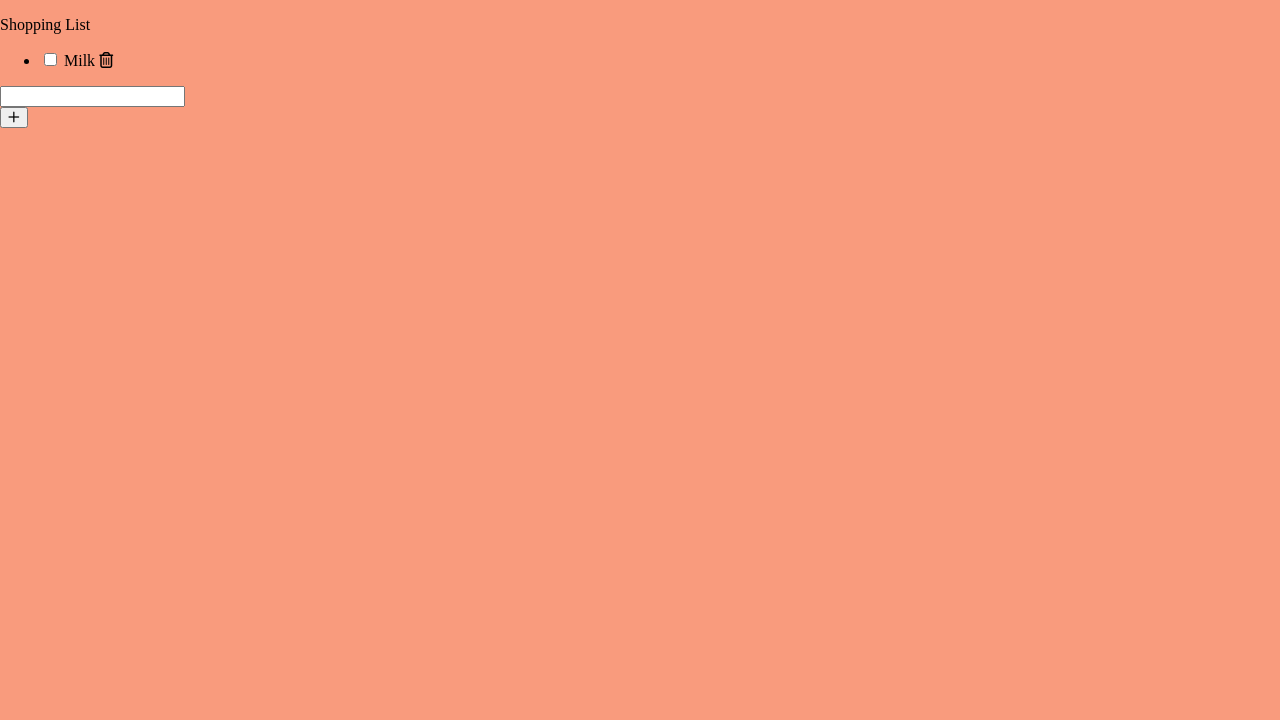
Repository: sephinejo/shopping-list-app
Page: index.html
The author's editor kept a copy of each file at every save. The page is drawn from the files as they stood at one save, then again after the next save.
The browser window is 1280 px wide. The pictures show the whole page.
Some web fonts or font styles are not loaded; a fallback is used. Some web libraries are served in a nearby version.

Above is the page before, as saved 2023-05-11 18:14:23.

After the next save:
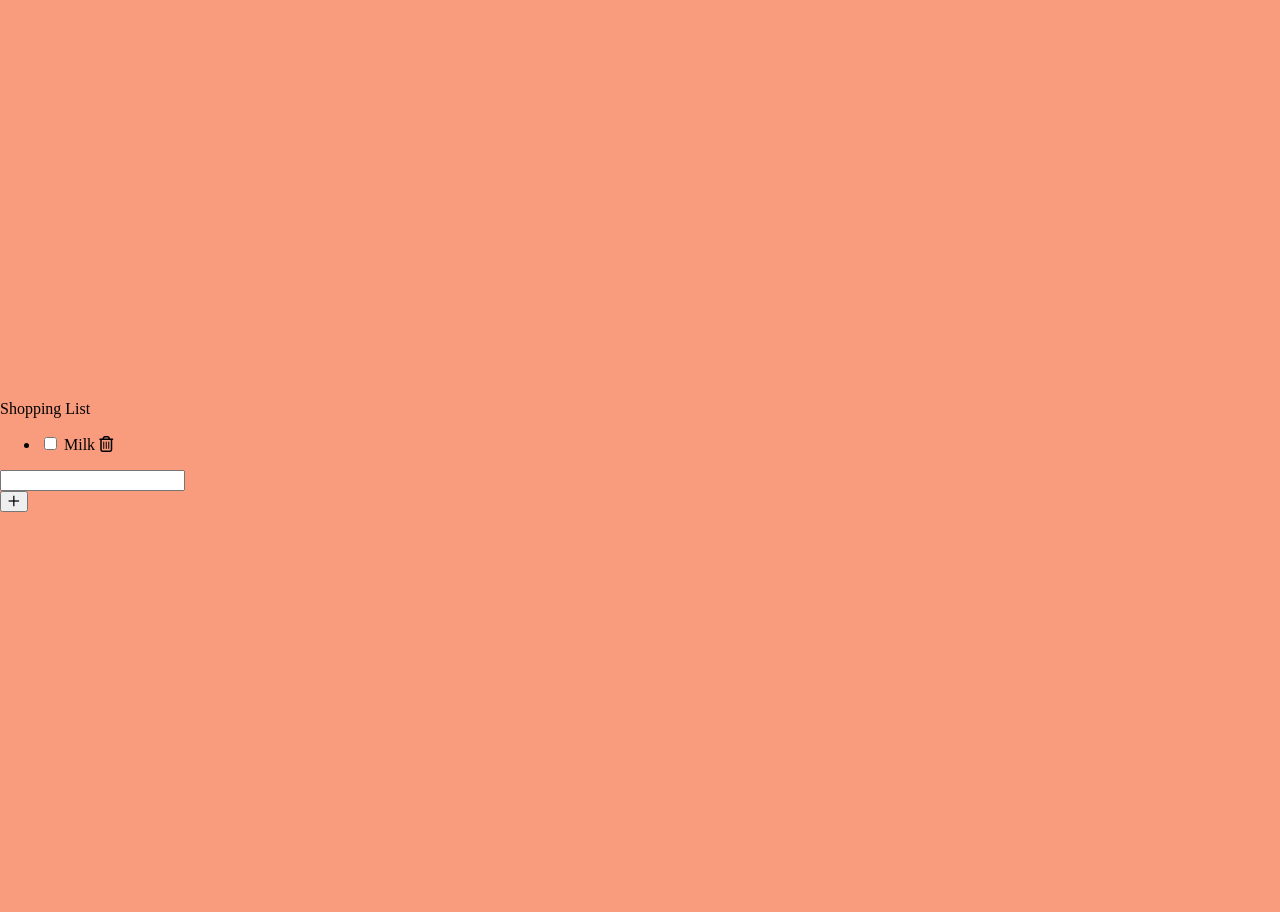
Saved 11 s later.
--- a/style.css
+++ b/style.css
@@ -4,5 +4,5 @@ body {
 }
 
 .container {
-  margin: auto;
+  margin: 400px auto;
 }
